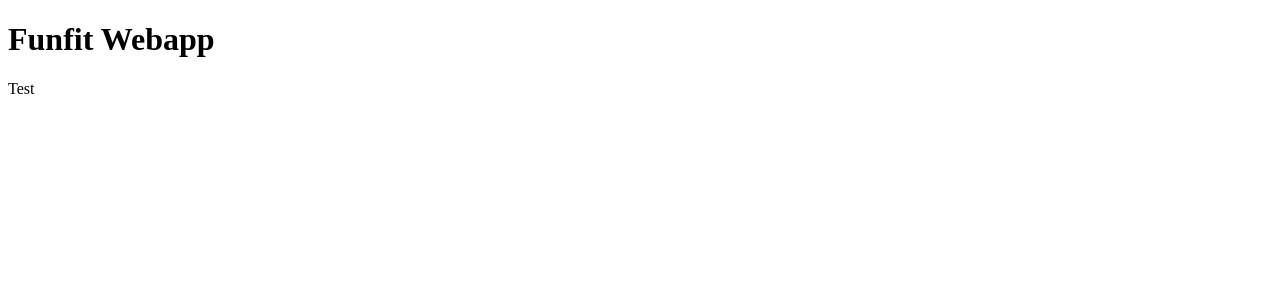
Repository: Jannis-Buschhaus/simplilearn-assessment-phase2
Page: http://localhost/FunfitWebapp/
These files come from the project's save history. The page is drawn as it stood at one moment and after the next save; the edit follows.
The browser window is 1280 px wide. The pictures show the whole page.
The page is served by Tomcat 9. Other server files are loaded and not shown.

Above is the page before, as saved 2024-05-28 09:33:40.

### FunfitWebapp/src/main/webapp/index.jsp
<%@ page language="java" contentType="text/html; charset=UTF-8"
    pageEncoding="UTF-8"%>
<%@ taglib prefix="c" uri="http://java.sun.com/jsp/jstl/core" %>
<!DOCTYPE html>
<html>
<head>
<meta charset="UTF-8">
<title>Funfit</title>
</head>
<body>
	<h1>Funfit Webapp</h1>
	<c:out value="Test"></c:out>
</body>
</html>

After the next save:
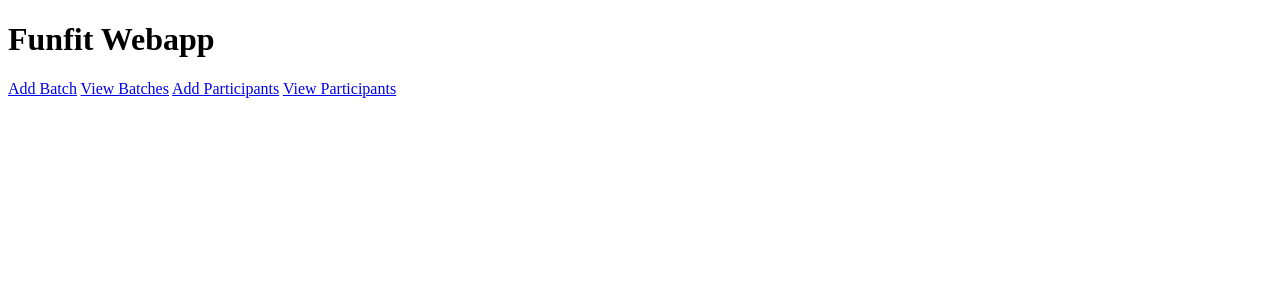
Saved 2 s later.
--- a/FunfitWebapp/src/main/webapp/index.jsp
+++ b/FunfitWebapp/src/main/webapp/index.jsp
@@ -9,6 +9,9 @@
 </head>
 <body>
 	<h1>Funfit Webapp</h1>
-	<c:out value="Test"></c:out>
+	<a href="addBatch.jsp">Add Batch</a>
+	<a href="BatchController">View Batches</a>
+	<a href="addBatch.jsp">Add Participants</a>
+	<a href="addBatch.jsp">View Participants</a>
 </body>
 </html>
